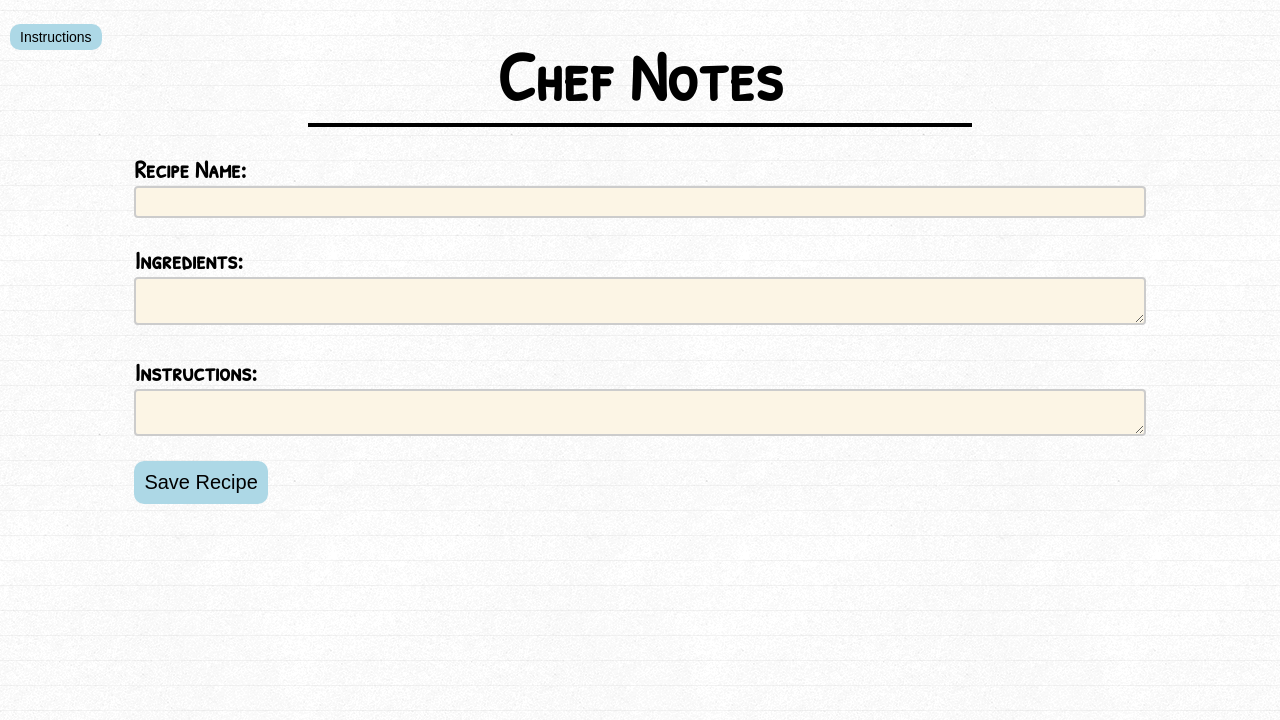
Repository: Chadloswald/RecipeSite
Page: docs/index.html
An editor plug-in stored every save of this project. The page is shown before and after the next save, followed by the edit.
The browser window is 1280 px wide. The pictures show the whole page.

Above is the page before, as saved 2023-05-29 19:03:49.

### docs/index.html
<!DOCTYPE html>
<html lang="en">
  <head>
    <meta charset="UTF-8">
    <meta name="viewport" content="width=device-width, initial-scale=1.0">
    <title>ChefNotes</title>
    <style type="text/css">
    </style>
    <link rel="stylesheet" href="style.css">
  </head>
  <body>
    <button id="help" class="help">Instructions</button>
    <h1>Chef Notes</h1>
    <form>
      <label for="name">Recipe Name:</label>
      <input type="text" id="name" name="name">
      <br>
      <label for="ingredients">Ingredients:</label>
      <textarea id="ingredients" name="ingredients"></textarea>
      <br>
      <label for="instructions">Instructions:</label>
      <textarea id="instructions" name="instructions"></textarea>
      <br>
      <div id="button-container">
        <button id="saveButton" type="button">Save Recipe</button>
        <button id="printButton">Print Recipes</button>
        <button id="emailButton">Email Recipes</button>
      </div>
    </form>
    <div id="recipe-list">
      <div class="recipe-line"></div>
    <div id="list"></div>
    </div>
    <script src="scripts.js"></script>
  </body>
</html>

### docs/style.css
@font-face {
  font-family: 'Patrick Hand';
  src: url('PatrickHandSC-Regular.ttf') format('truetype');
}

body {
  font-family: 'Patrick Hand', cursive;
  margin-top: 30px 0px 0px 0px;
  padding: 0;
  background-image: url("lined-paper-2.png");
}

h1 {
  text-align: center;
  padding: 20px 0 0 0;
  border-bottom: 4px solid black;
  margin: 0 300px;
  font-size: 70px;
}

#help {
  position: fixed;
  top: 10px;
  left: 10px;
}

.help {
  font-size: 14px;
  padding: 5px 10px;
}

form {
  width: 80%;
  margin: 0 auto;
}

label {
  display: block;
  font-weight: bold;
  margin-top: 1em;
  font-size: 25px;
}

input[type="text"], textarea {
  background-color: #FCF5E5;
  width: 100%;
  box-sizing: border-box;
  padding: 0.5em;
  border: 2px solid #ccc;
  border-radius: 4px;
}

button {
  margin: 1em auto;
  padding: 0.5em;
  border-radius: 10px;
  font-size: 20px;
  border: none;
  cursor: pointer;
  background-color: #ADD8E6;
  color: black;
}

button:hover {
  background-color: gray;
  color: #FCF5E5;
}

.button-container {
  display: flex;
  flex-direction: row;
  align-items: center;
  justify-content: center;
}

.button-container button {
  margin: 0 10px;
}

#printButton {
  display: none;
}

#emailButton {
  display: none;
}

#recipe-list {
  width: 80%;
  margin: 1em auto;
  font-size: 25px;
}

h2 {
  font-size: 25px;
}

p {
  font-size: 20px;
}

.recipe-line {
  height: 1px;
	background-color: black;
	position: relative;
	margin-top: 30px;
	margin-bottom: 30px;
	left: 0;
	width: 50%;
  display: none;
}

.recipe:not(:last-child) .recipe-line {
  display: block;
  margin-left: 25%;
}

/* Printing style */
@media print {
  /* Remove form elements */
  form {
    display: none;
  }

  #help {
    display: none;
  }

  /* Position Chef and Notes next to each other */
  h1 {
    display: flex;
    align-items: center;
    justify-content: center;
    font-size: 40px;
    margin: 0;
    padding-top: 20px;
    border-bottom: 4px solid black;
    page-break-after: avoid; /* prevent the header from breaking across pages */
  }

  h1 span:first-child {
    margin-right: 20px; /* add space between Chef and Notes */
  }

  /* Adjust margins and padding */
  body {
    margin: 20mm 25mm 20mm 25mm; /* top right bottom left */
    padding: 0;
  }

  h2 {
    font-size: 30px;
  }

  p {
    font-size: 20px;
  }

  /* Add page breaks between recipes */
  .recipe:not(:last-child) {
    page-break-after: always;
  }
  #recipe-list {
    margin-left: 0;
  }
}

/* CSS for screens up to 820px */
@media screen and (max-width: 820px) {
  body {
    margin-top: 12px;
  }

  h1 {
    font-size: 38px;
    margin: 0 40px;
  }

  form {
    width: 85%;
  }

  button {
    font-size: 14px;
    padding: 0.25em;
  }
}

/* CSS for screens up to 600px */
@media screen and (max-width: 600px) {
  body {
    margin-top: 10px;
  }

  h1 {
    font-size: 40px;
    margin: 0 50px;
  }

  form {
    width: 90%;
  }

  button {
    font-size: 15px;
    padding: 0.3em;
  }
}

/* CSS for screens up to 480px */
@media screen and (max-width: 480px) {
  body {
    margin-top: 15px;
  }

  h1 {
    font-size: 35px;
    margin: 0 30px;
  }

  form {
    width: 80%;
  }

  button {
    font-size: 12px;
    padding: 0.2em;
  }
}

/* CSS for screens up to 320px */
@media screen and (max-width: 320px) {
  body {
    margin-top: 20px;
  }

  h1 {
    font-size: 30px;
    margin: 0 20px;
  }

  form {
    width: 70%;
  }

  button {
    font-size: 10px;
    padding: 0.1em;
  }
}

### docs/scripts.js
const recipeList = document.getElementById('recipe-list');

document.addEventListener('DOMContentLoaded', function() {

  const save = document.getElementById('saveButton');

  const nameInput = document.getElementById('name');
  const ingredientsInput = document.getElementById('ingredients');
  const instructionsInput = document.getElementById('instructions');

  save.addEventListener('click', function() {

    document.getElementById("printButton").style.display = "inline";
    document.getElementById("emailButton").style.display = "inline";

    const name = nameInput.value;
    const ingredients = ingredientsInput.value;
    const instructions = instructionsInput.value;

    const recipe = document.createElement('div');
    recipe.classList.add('recipe'); // Add the 'recipe' class

    const recipeName = document.createElement('h2');
    const recipeIngredients = document.createElement('p');
    const recipeInstructions = document.createElement('p');
    const recipeLine = document.createElement('div');

    recipeLine.classList.add('recipe-line');

    recipe.appendChild(recipeLine);

    recipeName.innerText = name;
    recipeIngredients.innerText = `Ingredients: ${ingredients}`;
    recipeInstructions.innerText = `Instructions: ${instructions}`;

    recipe.appendChild(recipeName);
    recipe.appendChild(recipeIngredients);
    recipe.appendChild(recipeInstructions);

    recipeList.appendChild(recipe);

    recipeLine.style.display = 'block';

    nameInput.value = '';
    ingredientsInput.value = '';
    instructionsInput.value = '';
  });

  const printButton = document.getElementById('printButton');

  printButton.addEventListener('click', function() {
    window.print();
    event.preventDefault();
  });

  const emailButton = document.getElementById('emailButton');

  emailButton.addEventListener('click', function() {
    // Get the saved recipe list
    const recipes = recipeList.getElementsByClassName('recipe');

    // Create the email body with the contents of the saved recipe list
    let emailBody = '';
    for (let i = 0; i < recipes.length; i++) {
      const recipe = recipes[i];
      const recipeName = recipe.querySelector('h2').innerText;
      const recipeIngredients = recipe.querySelector('p:nth-of-type(1)').innerText;
      const recipeInstructions = recipe.querySelector('p:nth-of-type(2)').innerText;

      emailBody += `${recipeName}\n\nIngredients: ${recipeIngredients}\n\nInstructions: ${recipeInstructions}\n\n`;
    }

    event.preventDefault();
    // Open the default email client with the populated email body
    const subject = 'My Saved Recipes';
    const mailtoLink = `mailto:?subject=${encodeURIComponent(subject)}&body=${encodeURIComponent(emailBody)}`;
    window.location.href = mailtoLink;

  });

  help.addEventListener('click', function() {
    window.alert("\nWelcome to Chef Notes! \nChef Notes is designed for you to quickly jot down those recipe ideas that you have on the go! Just fill in the Recipe Name, the Ingredients, and the Directions into the corresponding fields then click the Save Recipe button. \nOnce you've got a recipe or two saved up, click the Print Recipe button to open your devices print services, select a printer, then print a hard copy of your recipes \nClick the Email Recipes button to open up your device's default email client so you can send your recipes wherever they need to go!");
  });
});

After the next save:
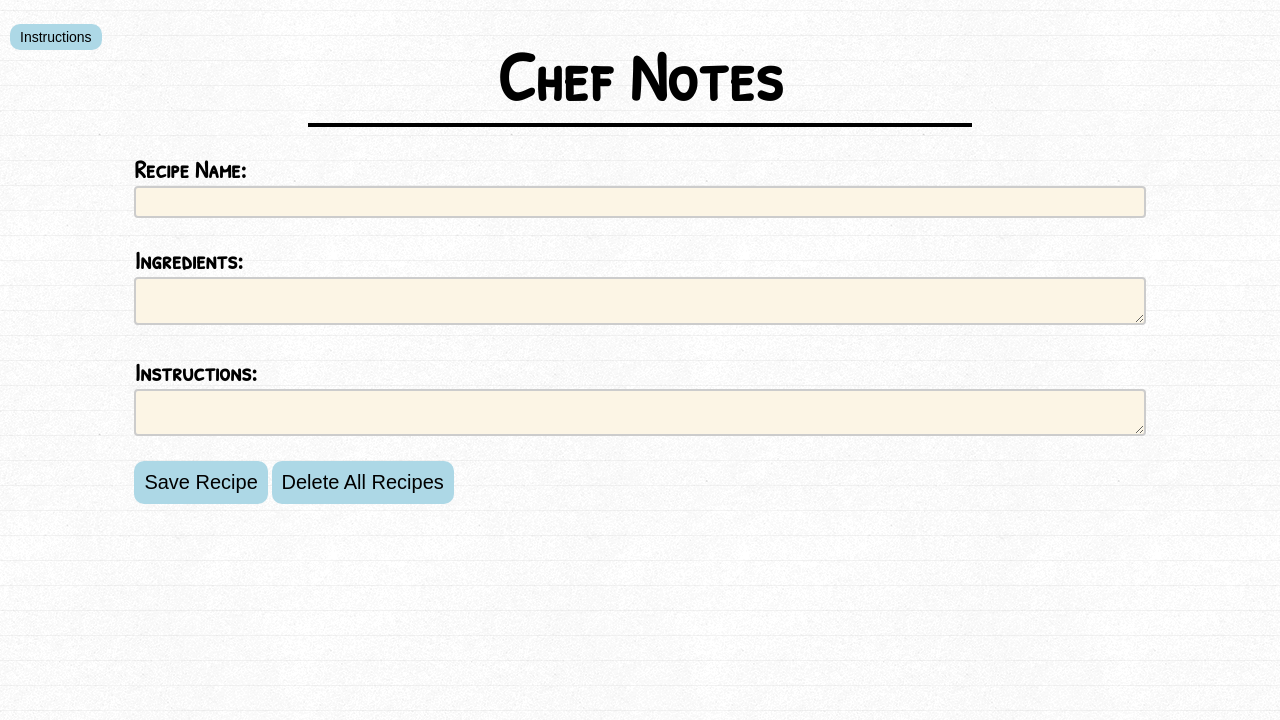
Saved 2 min 0 s later.
--- a/docs/index.html
+++ b/docs/index.html
@@ -25,6 +25,7 @@
         <button id="saveButton" type="button">Save Recipe</button>
         <button id="printButton">Print Recipes</button>
         <button id="emailButton">Email Recipes</button>
+        <button id="deleteButton">Delete All Recipes</button>
       </div>
     </form>
     <div id="recipe-list">

After the 3 saves that followed:
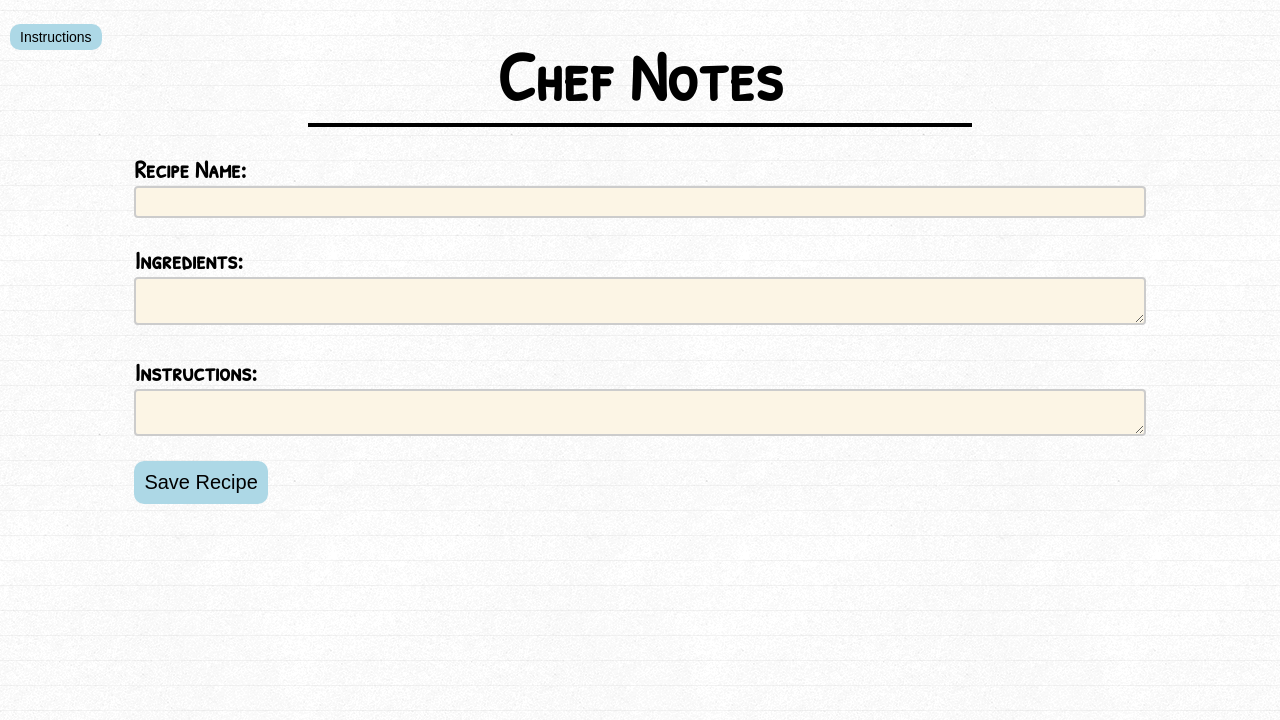
The 3 saves are shown as one change because 2 left the picture as it was.
The last was saved 5 min 17 s later.
--- a/docs/style.css
+++ b/docs/style.css
@@ -85,6 +85,10 @@ button:hover {
   display: none;
 }
 
+#deleteButton {
+  display: none;
+}
+
 #recipe-list {
   width: 80%;
   margin: 1em auto;
--- a/docs/scripts.js
+++ b/docs/scripts.js
@@ -12,6 +12,7 @@ document.addEventListener('DOMContentLoaded', function() {
 
     document.getElementById("printButton").style.display = "inline";
     document.getElementById("emailButton").style.display = "inline";
+    document.getElementById("deleteButton").style.display = "inline";
 
     const name = nameInput.value;
     const ingredients = ingredientsInput.value;
@@ -81,4 +82,9 @@ document.addEventListener('DOMContentLoaded', function() {
   help.addEventListener('click', function() {
     window.alert("\nWelcome to Chef Notes! \nChef Notes is designed for you to quickly jot down those recipe ideas that you have on the go! Just fill in the Recipe Name, the Ingredients, and the Directions into the corresponding fields then click the Save Recipe button. \nOnce you've got a recipe or two saved up, click the Print Recipe button to open your devices print services, select a printer, then print a hard copy of your recipes \nClick the Email Recipes button to open up your device's default email client so you can send your recipes wherever they need to go!");
   });
+  const deleteButton = document.getElementById("deleteButton")
+  deleteButton.addEventListener('click', function() {
+    recipeList.innerHTML = '';
+
+  });
 });
